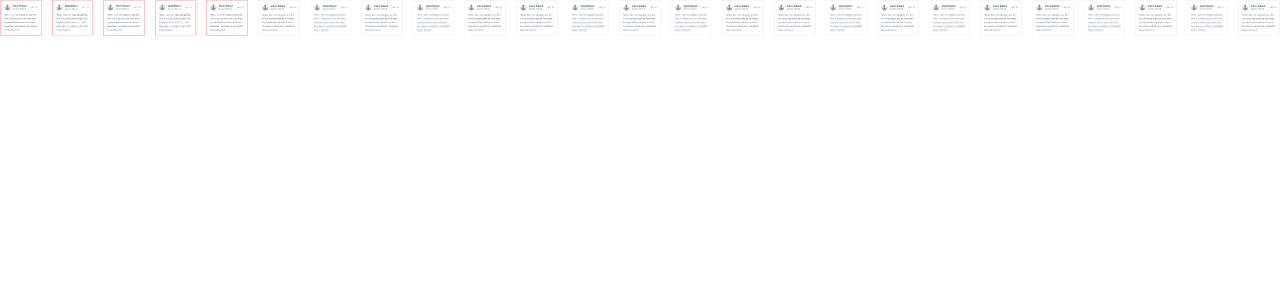
Repository: thefellowshiplotr/owl_carousel
Page: index.html
The author's editor kept a copy of each file at every save. The page is drawn from the files as they stood at one save, then again after the next save.
The browser window is 1280 px wide. The pictures show the whole page.

Above is the page before, as saved 2022-11-01 10:20:19.

After the next save:
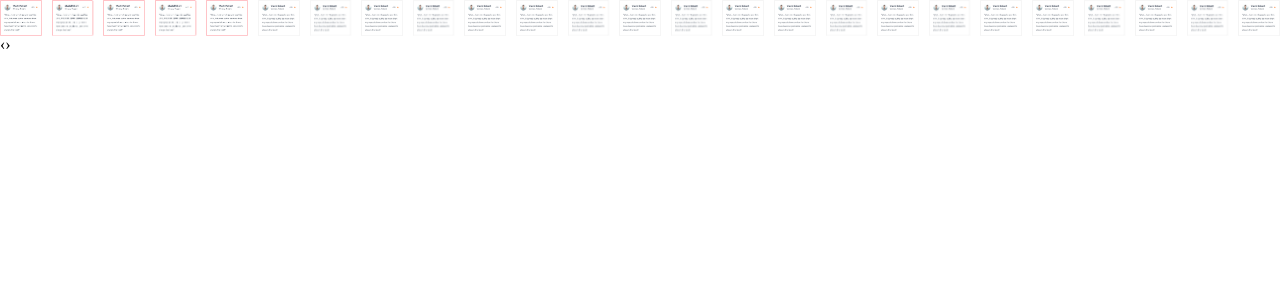
Saved 29 s later.
--- a/index.html
+++ b/index.html
@@ -41,6 +41,21 @@
       <div class="owl-carousel owl-theme">
         <img src="./imgs/img2.png" alt="" />
       </div>
+      <div class="owl-carousel owl-theme">
+        <img src="./imgs/img2.png" alt="" />
+      </div>
+      <div class="owl-carousel owl-theme">
+        <img src="./imgs/img2.png" alt="" />
+      </div>
+      <div class="owl-carousel owl-theme">
+        <img src="./imgs/img2.png" alt="" />
+      </div>
+      <div class="owl-carousel owl-theme">
+        <img src="./imgs/img2.png" alt="" />
+      </div>
+      <div class="owl-carousel owl-theme">
+        <img src="./imgs/img2.png" alt="" />
+      </div>
     </div>
     <script src="jquery.min.js"></script>
     <script src="owlcarousel/owl.carousel.min.js"></script>
